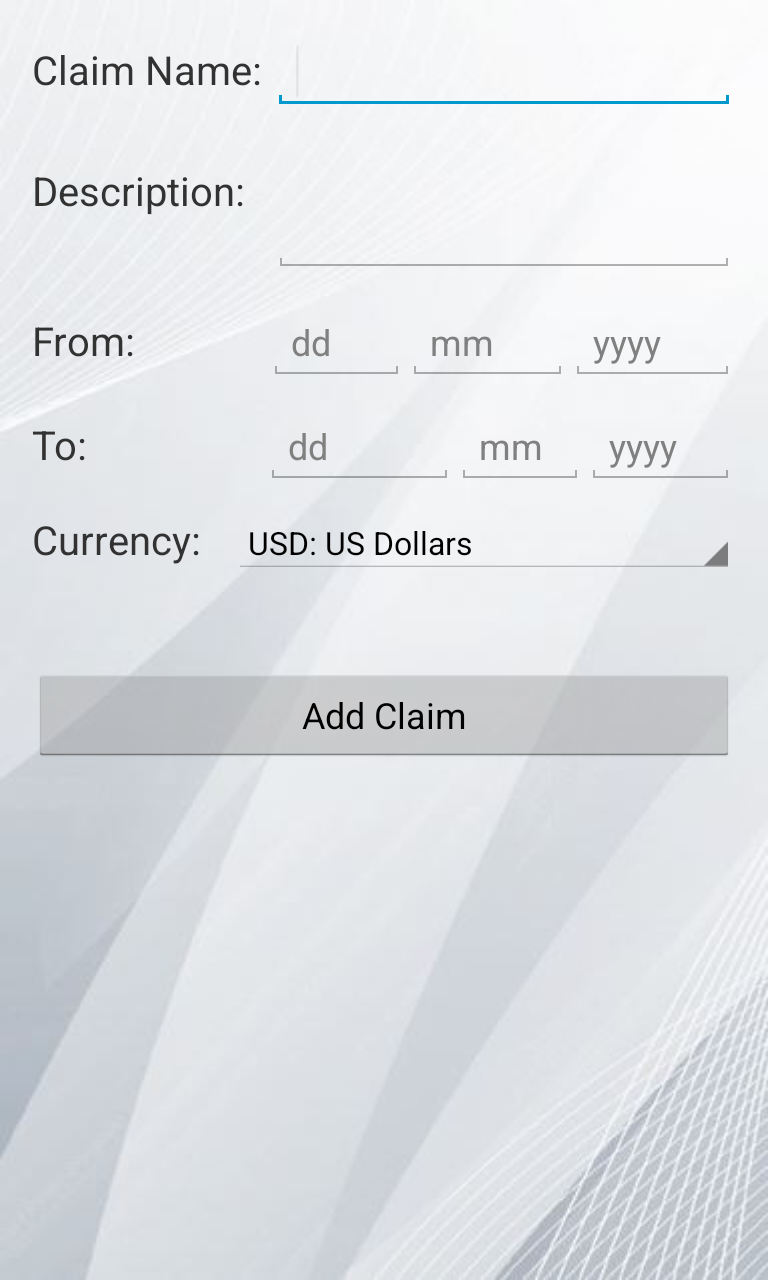
Repository: eorodrig/eorodrigTravelLogger
Layout: TravelLogger/res/layout/activity_new_claim.xml
The author's editor kept a copy of each file at every save. The layout is drawn from the files as they stood at one save, then again after the next save.
It is drawn on a 768 x 1280 px phone screen (xhdpi) without system bars, with theme AppTheme; the app's code is not run. The app's manifest (not shown) leaves right-to-left support off. So textAlignment, textDirection and layoutDirection are ignored, and left and right values win over start and end ones.

Above is the layout before, as saved 2015-01-31 22:10:59.

After the next save:
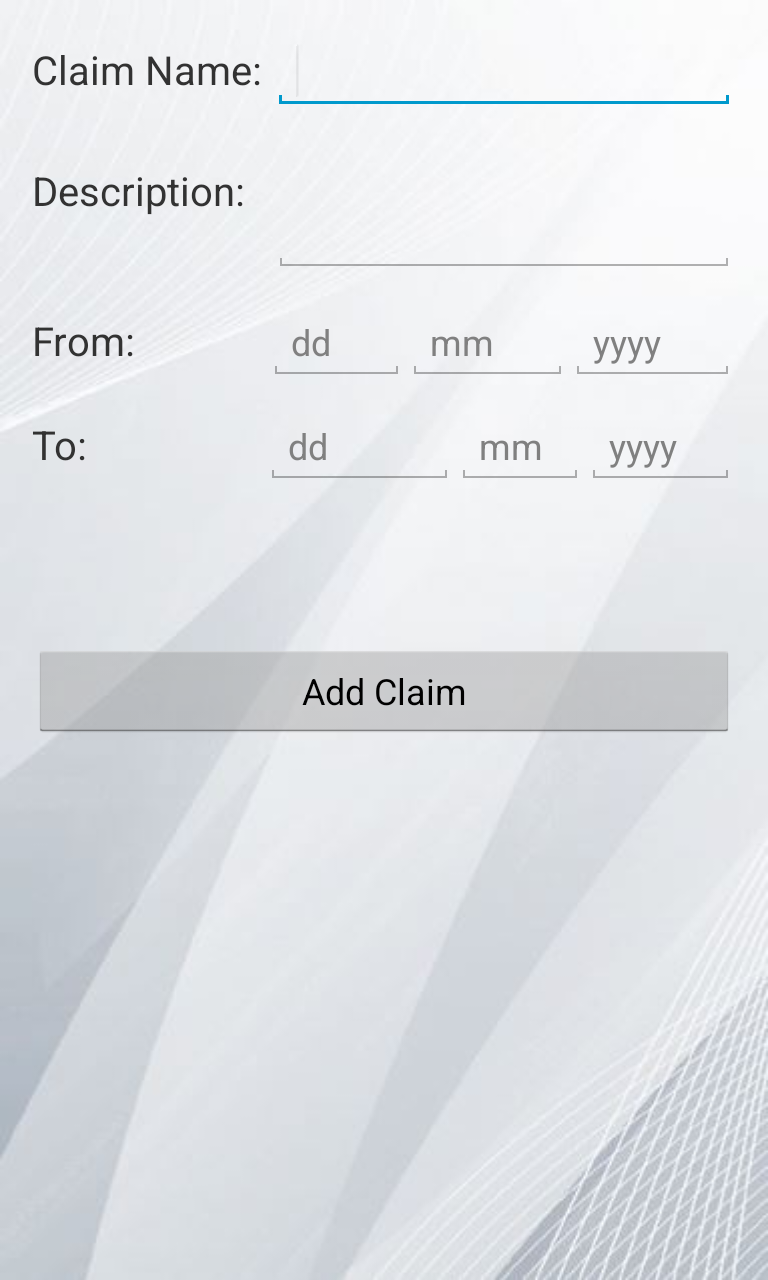
Saved 2 min 44 s later.
--- a/TravelLogger/res/layout/activity_new_claim.xml
+++ b/TravelLogger/res/layout/activity_new_claim.xml
@@ -2,14 +2,15 @@
     xmlns:tools="http://schemas.android.com/tools"
     android:layout_width="wrap_content"
     android:layout_height="wrap_content"
+    android:background="@drawable/bg"
     android:paddingBottom="@dimen/activity_vertical_margin"
     android:paddingLeft="@dimen/activity_horizontal_margin"
     android:paddingRight="@dimen/activity_horizontal_margin"
     android:paddingTop="@dimen/activity_vertical_margin"
-    android:background="@drawable/bg"
     tools:context="com.example.travellogger.NewClaimActivity" >
 
     <LinearLayout
+        android:id="@+id/linearLayout1"
         android:layout_width="match_parent"
         android:layout_height="wrap_content"
         android:orientation="vertical" >
@@ -33,7 +34,6 @@
 
                 <requestFocus />
             </EditText>
-
         </LinearLayout>
 
         <LinearLayout
@@ -54,7 +54,6 @@
                 android:layout_weight="1"
                 android:inputType="textMultiLine"
                 android:lines="3" />
-
         </LinearLayout>
 
         <LinearLayout
@@ -93,7 +92,6 @@
                 android:layout_weight="1"
                 android:hint="yyyy"
                 android:inputType="number" />
-
         </LinearLayout>
 
         <LinearLayout
@@ -133,36 +131,17 @@
                 android:ems="10"
                 android:hint="yyyy"
                 android:inputType="number" />
-
         </LinearLayout>
-
-        <LinearLayout
-            android:layout_width="match_parent"
-            android:layout_height="78dp" >
-
-            <TextView
-                android:id="@+id/textView5"
-                android:layout_width="100dp"
-                android:layout_height="wrap_content"
-                android:text="@string/currency_type"
-                android:textSize="20sp" />
-
-            <Spinner
-                android:id="@+id/NewClaimCurrencySpinner"
-                android:layout_width="wrap_content"
-                android:layout_height="wrap_content"
-                android:layout_weight="1"
-                android:entries="@array/currency_spinner" />
-
-        </LinearLayout>
-
-        <Button
-            android:id="@+id/NewClaimAddButton"
-            android:layout_width="match_parent"
-            android:layout_height="wrap_content"
-            android:onClick="onClickAddClaimButton"
-            android:text="@string/add_claim_button" />
-
     </LinearLayout>
 
+    <Button
+        android:id="@+id/NewClaimAddButton"
+        android:layout_width="match_parent"
+        android:layout_height="wrap_content"
+        android:layout_alignParentLeft="true"
+        android:layout_below="@+id/linearLayout1"
+        android:layout_marginTop="66dp"
+        android:onClick="onClickAddClaimButton"
+        android:text="@string/add_claim_button" />
+
 </RelativeLayout>
